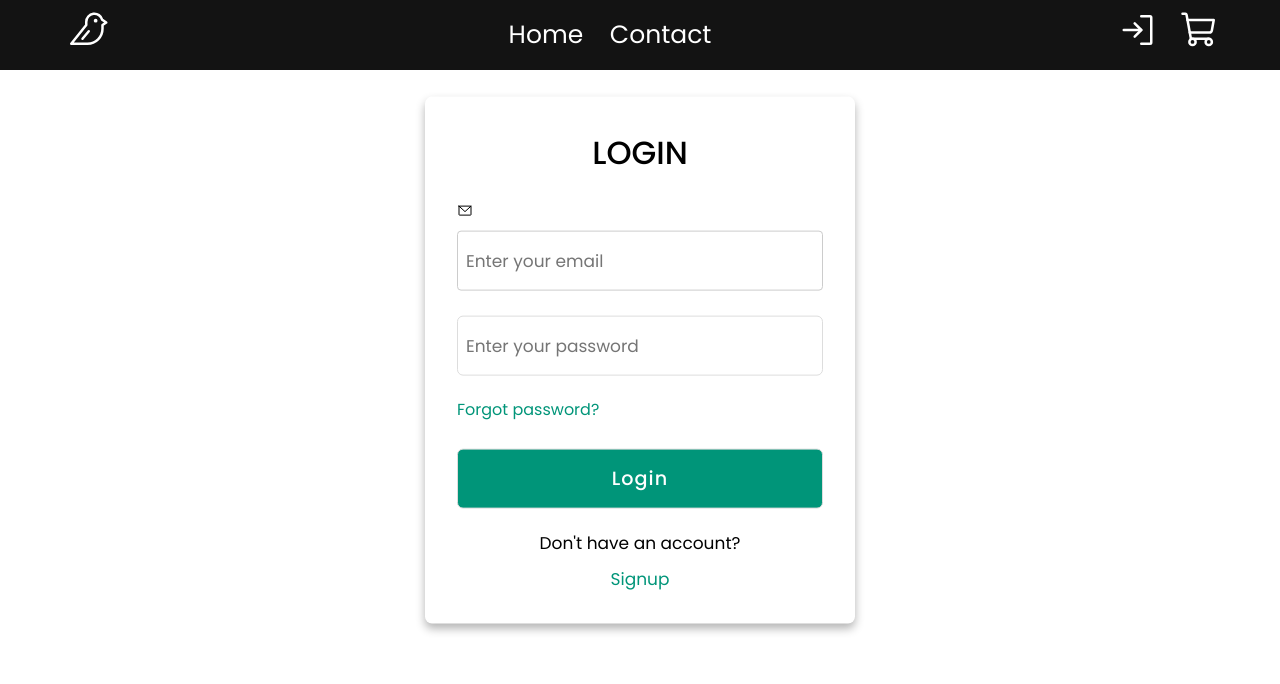
Repository: hoangdanh2/swp301
Page: /register
An editor plug-in stored every save of this project. The page is shown before and after the next save, followed by the edit.
The browser window is 1280 px wide. The pictures show the whole page.
The project was rebuilt for these pictures with package versions that can differ from the ones it lists, and the page was loaded fresh each time. Also part of the build but not shown: src/pages/shop/product.jsx, src/pages/shop/shop.css, src/pages/shop/shop.jsx, src/pages/contact/contact.jsx, src/pages/cart/cart-item.jsx, src/pages/cart/cart.css, src/pages/cart/cart.jsx.

Above is the page before, as saved 2023-05-29 10:56:20.

### src/App.js
import './App.css';
import { BrowserRouter as Router, Routes, Route } from "react-router-dom";
import { Navbar } from "./components/navbar";
import { Register } from "./pages/register/register";
import { Shop } from "./pages/shop/shop";
import { Contact } from "./pages/contact/contact";
import { Cart } from "./pages/cart/cart";
import { ShopContextProvider } from './context/shop-context';


function App() {
  return (
    <div className = "App">
      <ShopContextProvider>
        <Router>
          <Navbar />
          <Routes>
            <Route path = "/register" element = {<Register />} />
            <Route path = "/" element = {<Shop />} />
            <Route path = "/contact" element = {<Contact />} />
            <Route path = "/cart" element = {<Cart />} />
          </Routes>
        </Router>
      </ShopContextProvider>
    </div>
  );
}

export default App;

### src/App.css
.App {
  width: 100%;
  height: auto;
  min-height: 100vh;
  font-family: 'Segoe UI', Tahoma, Geneva, Verdana, sans-serif;
}

body {
  padding: 0;
  margin: 0;
}

### src/components/navbar.jsx
import React from "react";
import { Link } from "react-router-dom";
import { ShoppingCart, Bird, SignIn } from "phosphor-react";
import "./navbar.css";

export const Navbar = () => {
  return (
    <div className="navbar">
      <div className="links">
        <div className="icon">
          <Link to="/">
            <Bird size={40} />
          </Link>
        </div>
        <div className="middle">
          <Link to="/"> Home </Link>
          <Link to="/contact"> Contact</Link>
        </div>
        <div className="end">
            <Link to="/register">
                <SignIn size={40}/>
            </Link>
          <Link to="/cart">
            <ShoppingCart size={40} />
          </Link>
        </div>
      </div>
    </div>
  );
};

### src/pages/register/register.jsx
import React from "react";
import { EnvelopeSimple } from "phosphor-react";
import "./register.css";

export const Register = () => {
  return (
    <div className="container">
    <input type="checkbox" id="check"></input>
    <div className="login form">
      <header>LOGIN</header>
      <form action="#">
        <span><EnvelopeSimple></EnvelopeSimple></span>
        <input type="text" placeholder="Enter your email" required></input>
        <input type="password" placeholder="Enter your password" required></input>
        <a href="#">Forgot password?</a>
        <input type="button" className="button" value="Login"></input>
      </form>
      <div className="signup">
        <span className="signup">Don't have an account?
         <label for="check">Signup</label>
        </span>
      </div>
    </div>
    <div className="registration form">
      <header>SIGNUP</header>
      <form action="#">
        <input type="text" placeholder="Enter your email" required></input>
        <input type="password" placeholder="Create a password" required></input>
        <input type="password" placeholder="Confirm your password" required></input>
        <input type="button" className="button" value="Signup" required></input>
      </form>
      <div className="signup">
        <span className="signup">Already have an account?
         <label for="check">Login</label>
        </span>
      </div>
    </div>
  </div>
  );
};

### src/context/shop-context.jsx
import { createContext, useEffect, useState } from "react";
import { PRODUCTS } from "../products";

export const ShopContext = createContext(null);

const getDefaultCart = () => {
    let cart = {};
    for (let i = 1; i < PRODUCTS.length + 1; i++) {
        cart[i] = 0;
    }
    return cart;
}

export const ShopContextProvider = (props) => {
    const [cartItems, setCartItems] = useState(getDefaultCart());

    const getTotalCartAmount = () => {
        let totalAmount = 0;
        for (const item in cartItems) {
            if (cartItems[item] > 0) {
                let itemInfo = PRODUCTS.find((product) => product.id === Number(item));
                totalAmount += cartItems[item] *itemInfo.price;
            }
        }
        return totalAmount;
    };

    const addToCart = (itemId) => {
        setCartItems((prev) => ({ ...prev, [itemId]: prev[itemId] + 1}));
    };

    const removeFromCart = (itemId) => {
        setCartItems((prev) => ({ ...prev, [itemId]: prev[itemId] - 1}));
    };

    const updateCartItemCount = (newAmount, itemId) => {
        setCartItems((prev) => ({ ...prev, [itemId]: newAmount }));
    };

    const checkout = () => {
        setCartItems(getDefaultCart());
    };

    const contextValue = {
        cartItems,
        addToCart,
        updateCartItemCount,
        removeFromCart,
        getTotalCartAmount,
        checkout,
    };

    return (
        <ShopContext.Provider value={contextValue}>
            {props.children}
        </ShopContext.Provider>
    );
};

### src/components/navbar.css
.navbar {
    width: 100%;
    height: 70px;
    background-color: rgb(19, 19, 19);
    display: flex;
    justify-content: center;
    align-items: center;
}

.links {
    margin-right: 50px;
    display: flex;
    align-items: center;
    justify-content: space-between;
    width: 100%;
}

.icon {
    margin-left: 50px;
}

.end {
    padding: 0 10px;
}

.links a {
    text-decoration: none;
    color: white;
    margin-left: 20px;
    font-size: 25px;
}

### src/pages/register/register.css
/* Import Google font - Poppins */
@import url('https://fonts.googleapis.com/css2?family=Poppins:wght@200;300;400;500;600;700&display=swap');
*{
  margin: 0;
  padding: 0;
  box-sizing: border-box;
  font-family: 'Poppins', sans-serif;
}

.container{
  position: absolute;
  top: 50%;
  left: 50%;
  transform: translate(-50%,-50%);
  max-width: 430px;
  width: 100%;
  background: #fff;
  border-radius: 7px;
  box-shadow: 0 5px 10px rgba(0,0,0,0.3);
}

.container .registration{
  display: none;
}

#check:checked ~ .registration{
  display: block;
}

#check:checked ~ .login{
  display: none;
}

#check{
  display: none;
}

.container .form{
  padding: 2rem;
}

.form header{
  font-size: 2rem;
  font-weight: 500;
  text-align: center;
  margin-bottom: 1.5rem;
}

 .form input{
   height: 60px;
   width: 100%;
   padding: 0 8px;
   font-size: 17px;
   margin-top: 15px;
   margin-bottom: 1.3rem;
   border: 1px solid #ddd;
   border-radius: 6px;
   outline: none;
 }

 .form input:focus{
   box-shadow: 0 1px 0 rgba(0,0,0,0.2);
 }

.form a{
  font-size: 16px;
  color: #009579;
  text-decoration: none;
}

.form a:hover{
  text-decoration: underline;
}

.form input.button{
  color: #fff;
  background: #009579;
  font-size: 1.2rem;
  font-weight: 500;
  letter-spacing: 1px;
  margin-top: 1.7rem;
  cursor: pointer;
  transition: 0.4s;
}

.form input.button:hover{
  background: #006653;
}

.signup{
  font-size: 17px;
  text-align: center;
}

.signup label{
  color: #009579;
  cursor: pointer;
}

.signup label:hover{
  text-decoration: underline;
}
input[type="text"],
input[type="email"],
input[type="message"],
textarea {
    width: 100%;
    padding: 8px;
    border: 1px solid #ccc;
    border-radius: 4px;
    box-sizing: border-box;
    margin-top: 5px;
    margin-bottom: 10px;
}

### src/products.js
import product1 from "./assets/products/1.png";
import product2 from "./assets/products/1.png";
import product3 from "./assets/products/1.png";
import product4 from "./assets/products/1.png";
import product5 from "./assets/products/1.png";
import product6 from "./assets/products/1.png";
import product7 from "./assets/products/1.png";
import product8 from "./assets/products/1.png";

export const PRODUCTS = [
  {
    id: 1,
    productName: "Bird Food",
    price: 999.0,
    productImage: product1,
  },
  {
    id: 2,
    productName: "Bird Food",
    price: 1999.0,
    productImage: product2,
  },
  {
    id: 3,
    productName: "Bird Food",
    price: 699.0,
    productImage: product3,
  },
  {
    id: 4,
    productName: "Bird Food",
    price: 228.0,
    productImage: product4,
  },
  {
    id: 5,
    productName: "Bird Food",
    price: 19.99,
    productImage: product5,
  },
  {
    id: 6,
    productName: "Bird Food",
    price: 68.0,
    productImage: product6,
  },
  {
    id: 7,
    productName: "Bird Food",
    price: 120.0,
    productImage: product7,
  },
  {
    id: 8,
    productName: "Bird Food",
    price: 40.0,
    productImage: product8,
  },
];

### src/pages/contact/contact.css
.contact{
    max-width: 400px;
    margin: 0 auto;
    padding: 20px;
}
.title-contact{
    text-align: center;
}
label{
    display: block;
    margin-top: 10px;
}
.form-contact{

    text-align: center;
}

input[type="text"],
input[type="email"],
input[type="message"],
textarea {
  width: 100%;
  padding: 8px;
  border: 1px solid #ccc;
  border-radius: 4px;
  box-sizing: border-box;
  margin-top: 5px;
  margin-bottom: 10px;
}

input[type="submit"] {
    background-color: #4CAF50;
    color: white;
    padding: 10px 15px;
    border: none;
    border-radius: 4px;
    cursor: pointer;
    font-size: 16px;
  }

  input[type="submit"]:hover {
    background-color: #45a049;
  }

  textarea {
    height: 100px;
  }

Loaded but not shown: public/index.html (common file); src/index.js (common file); src/index.css (common file); src/reportWebVitals.js (common file)

After the next save:
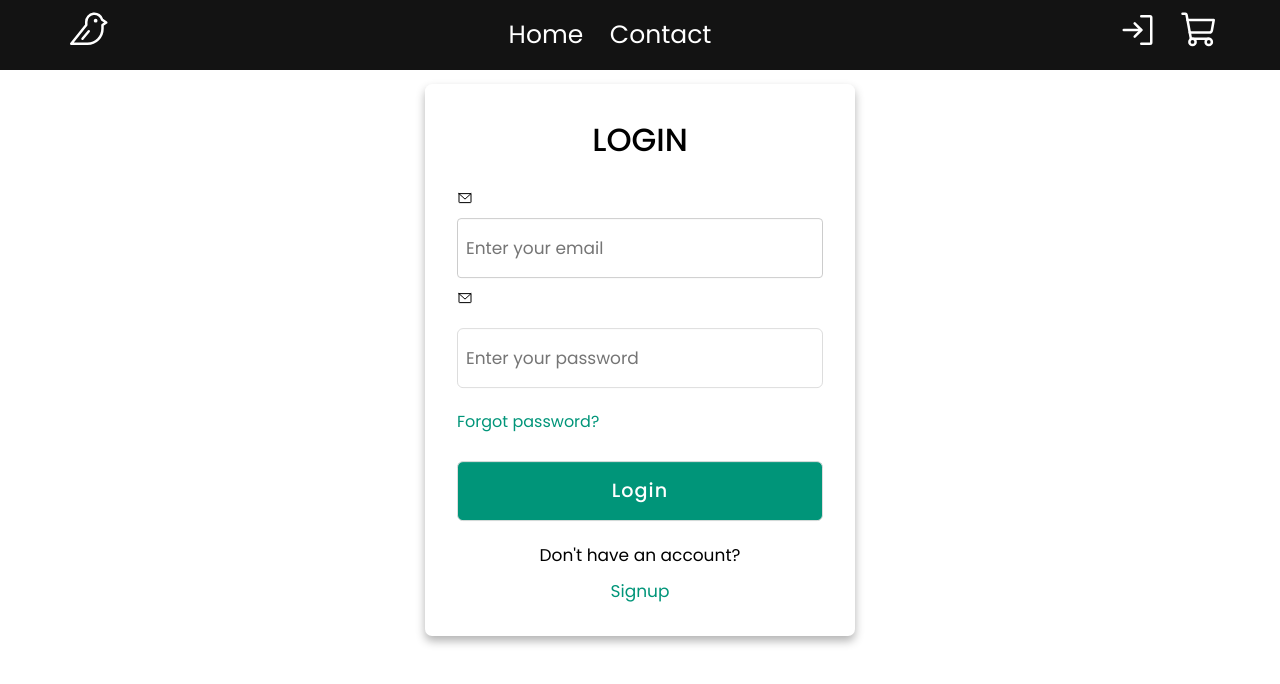
Saved 99 s later.
--- a/src/pages/register/register.jsx
+++ b/src/pages/register/register.jsx
@@ -9,8 +9,9 @@ export const Register = () => {
     <div className="login form">
       <header>LOGIN</header>
       <form action="#">
-        <span><EnvelopeSimple></EnvelopeSimple></span>
+        <span className="icon-login"><EnvelopeSimple></EnvelopeSimple></span>
         <input type="text" placeholder="Enter your email" required></input>
+        <span className="icon-login"><EnvelopeSimple></EnvelopeSimple></span>
         <input type="password" placeholder="Enter your password" required></input>
         <a href="#">Forgot password?</a>
         <input type="button" className="button" value="Login"></input>
@@ -24,9 +25,13 @@ export const Register = () => {
     <div className="registration form">
       <header>SIGNUP</header>
       <form action="#">
+      <span className="icon-login"><EnvelopeSimple></EnvelopeSimple></span>
         <input type="text" placeholder="Enter your email" required></input>
+        <span className="icon-login"><EnvelopeSimple></EnvelopeSimple></span>
         <input type="password" placeholder="Create a password" required></input>
+        <span className="icon-login"><EnvelopeSimple></EnvelopeSimple></span>
         <input type="password" placeholder="Confirm your password" required></input>
+        <span className="icon-login"><EnvelopeSimple></EnvelopeSimple></span>
         <input type="button" className="button" value="Signup" required></input>
       </form>
       <div className="signup">
